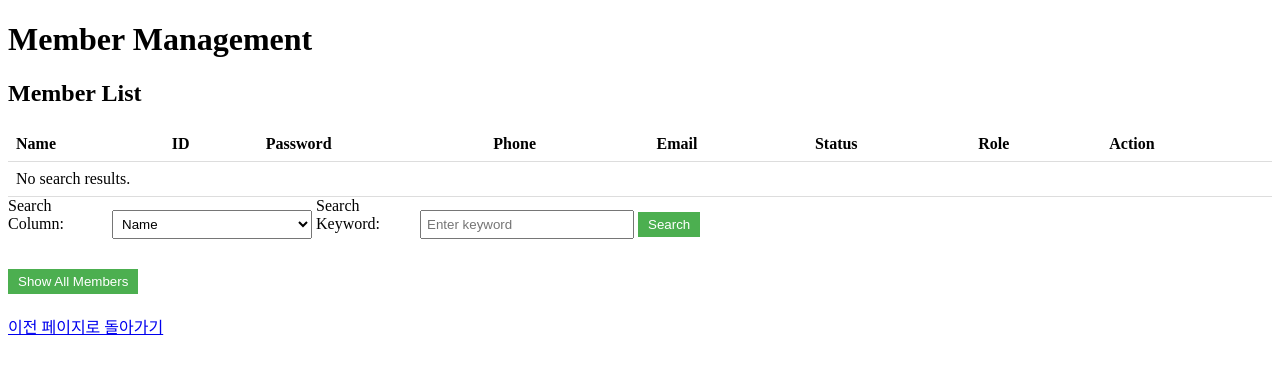
Repository: i-kemen/jsp
Page: http://localhost/WebTest/MemberManagementOKServlet
These files come from the project's save history. The page is drawn as it stood at one moment and after the next save; the edit follows.
The browser window is 1280 px wide. The pictures show the whole page.
The page is served by Tomcat 10.

Above is the page before, as saved 2023-06-27 04:10:06.

After the next save:
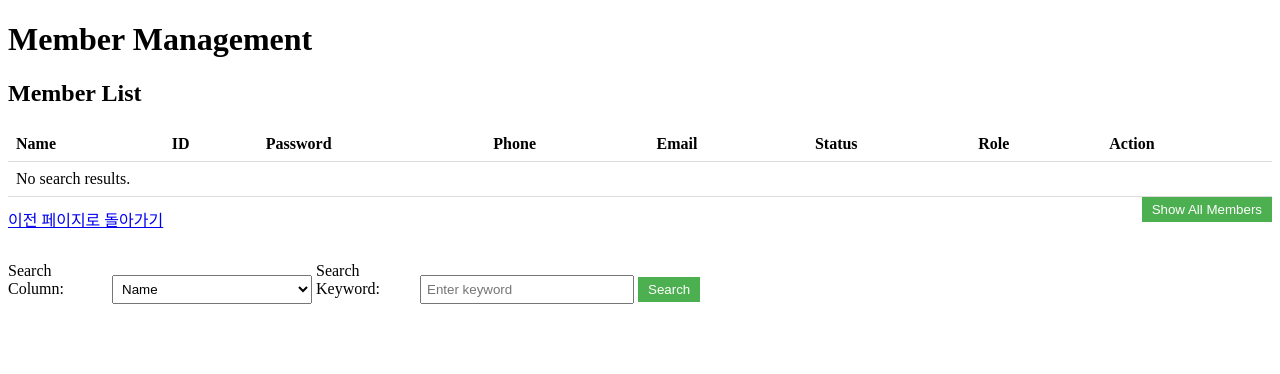
Saved 55 s later.
--- a/WebTest/src/main/webapp/memberManagement.jsp
+++ b/WebTest/src/main/webapp/memberManagement.jsp
@@ -53,7 +53,6 @@
             background-color: #45a049;
         }
 
-
         /* 버튼 컨테이너 */
         .button-container {
             display: flex;
@@ -62,6 +61,7 @@
             margin-bottom: 20px;
         }
 
+        /* 버튼 스타일 */
         .button-container button {
             padding: 5px 10px;
             background-color: #4CAF50;
@@ -73,7 +73,6 @@
         .button-container button:hover {
             background-color: #45a049;
         }
-
     </style>
 </head>
 <body>
@@ -104,13 +103,10 @@
                        <td><%= member.getMemberStatus() %></td>
                        <td><%= member.getMemberRole() %></td>
                        <td>
-<form method="post" action="adminModify.jsp">
-    <input type="hidden" name="memberId" value="<%= member.getId() %>">
-    <button type="submit">Edit</button>
-</form>
-
-
-
+                           <form method="post" action="adminModify.jsp">
+                               <input type="hidden" name="memberId" value="<%= member.getId() %>">
+                               <button type="submit">Edit</button>
+                           </form>
                        </td>
                    </tr>
                <% }
@@ -120,6 +116,18 @@
                </tr>
            <% } %>
     </table>
+
+    <!-- 버튼 컨테이너 -->
+    <div class="button-container">
+        <!-- 이전 페이지로 돌아가는 버튼 -->
+        <a href="javascript:history.back()" class="back-button">이전 페이지로 돌아가기</a>
+
+        <!-- Show All Members 버튼 -->
+        <form method="post" action="MemberManagementOKServlet">
+            <input type="hidden" name="action" value="allMembers">
+            <button type="submit">Show All Members</button>
+        </form>
+    </div>
 
     <form method="post" action="MemberManagementOKServlet">
         <input type="hidden" name="action" value="search">
@@ -138,21 +146,14 @@
         <input type="submit" value="Search">
     </form>
 
- <form method="post" action="MemberManagementOKServlet">
-    <input type="hidden" name="action" value="allMembers">
-    <input type="submit" value="Show All Members">
-</form>
-
-
-<%!
-    // 마스킹된 연락처를 반환하는 함수
-    public String maskPhoneNumber(String phoneNumber) {
-        if (phoneNumber != null && phoneNumber.startsWith("010-")) {
-            return "010-XXXX-XXXX";
+    <%!
+        // 마스킹된 연락처를 반환하는 함수
+        public String maskPhoneNumber(String phoneNumber) {
+            if (phoneNumber != null && phoneNumber.startsWith("010-")) {
+                return "010-XXXX-XXXX";
+            }
+            return phoneNumber;
         }
-        return phoneNumber;
-    }
-%>
-<a href="javascript:history.back()" class="back-button">이전 페이지로 돌아가기</a>
+    %>
 </body>
 </html>
